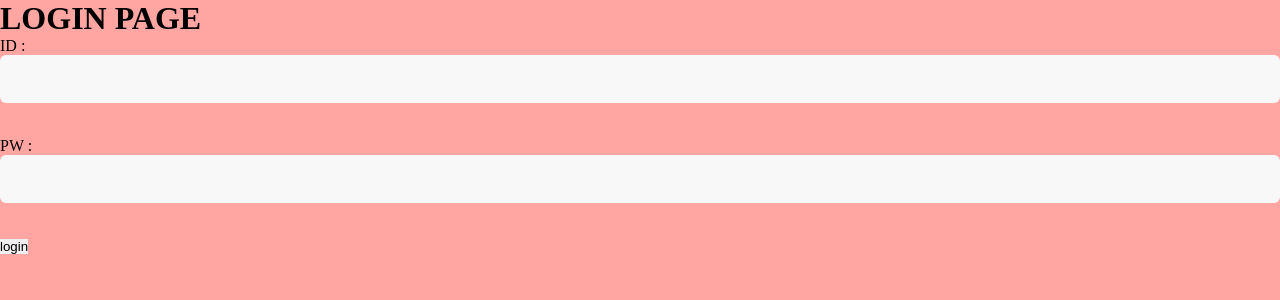
Repository: duatn3004/jsp_20230602
Page: http://localhost/jsp_project/mem/login
These files come from the project's save history. The page is drawn as it stood at one moment and after the next save; the edit follows.
The browser window is 1280 px wide. The pictures show the whole page.
The page is served by Tomcat 9. Other server files are loaded and not shown.

Above is the page before, as saved 2023-06-01 04:26:06.

### jsp_project2/jsp_project/src/main/webapp/member/login.jsp
<%@ page language="java" contentType="text/html; charset=UTF-8"
	pageEncoding="UTF-8"%>
<!DOCTYPE html>
<html>
<head>
<meta charset="UTF-8">
<title>Insert title here</title>
</head>
<style>
	body {
	background-color: #FFA6A2;
}
*{
    padding: 0;
    margin: 0;
    border: none;
}
.login-wrapper{
    width: 400px;
    height: 350px;
    padding: 40px;
    box-sizing: border-box;
}

.login-wrapper > h2{
    font-size: 24px;
    color: #6A24FE;
    margin-bottom: 20px;
}
#login-form > input{
    width: 100%;
    height: 48px;
    padding: 0 10px;
    box-sizing: border-box;
    margin-bottom: 16px;
    border-radius: 6px;
    background-color: #F8F8F8;
}
#login-form > input::placeholder{
    color: #D2D2D2;
}
#login-form > input[type="submit"]{
    color: #fff;
    font-size: 16px;
    background-color: #6A24FE;
    margin-top: 20px;
}
</style>
<body>
<div>
	<h1>LOGIN PAGE</h1>
	<form action="/mem/login_auth" method="post" action="#" id="login-form">
		ID : <input type="text" name="id"><br>
		<br> PW : <input type="text" name="password"><br>
		<br>
		<button type="submit">login</button>
	</form>

</div>
</body>
</html>

### jsp_project2/jsp_project/src/main/java/controller/MemberController.java
package controller;

import java.io.IOException;
import java.util.ArrayList;
import java.util.List;

import javax.servlet.RequestDispatcher;
import javax.servlet.ServletException;
import javax.servlet.annotation.WebServlet;
import javax.servlet.http.HttpServlet;
import javax.servlet.http.HttpServletRequest;
import javax.servlet.http.HttpServletResponse;
import javax.servlet.http.HttpSession;

import org.slf4j.Logger;
import org.slf4j.LoggerFactory;

import domain.MemberVO;
import service.MemberService;
import service.MemberServiceImpl;

@WebServlet("/mem/*")
public class MemberController extends HttpServlet {
	private static final long serialVersionUID = 1L;
	// log설정
//	private static final Logger log = LoggerFactory.getLogger(클래스명);
	private static final Logger log = LoggerFactory.getLogger(MemberController.class);
	private RequestDispatcher rdp;
	private MemberService msv;
	private int isOk;
	private String destPage;

	public MemberController() {
		msv = new MemberServiceImpl();
	}

	protected void service(HttpServletRequest request, HttpServletResponse response)
			throws ServletException, IOException {
		// characterEncoding 설정 / contentType / uri
		request.setCharacterEncoding("utf-8");
		response.setCharacterEncoding("utf-8");
		response.setContentType("text/html; charset-utf-8");

		String uri = request.getRequestURI();
		log.info(">>> uri : " + uri);
		// /mem/join : 요청에 대한 path만 남기기
		String path = uri.substring(uri.lastIndexOf("/") + 1);
		log.info(">>> path : " + path);

		switch (path) {
		case "join":
			destPage = "/member/join.jsp";
			break;
		case "register":
			// jsp에서 가져온 파라미터 저장
			String id = request.getParameter("id");
			String password = request.getParameter("password");
			String email = request.getParameter("email");
			int age = Integer.parseInt(request.getParameter("age"));

			// 파라미터로 mvo 객체 생성
			MemberVO mvo = new MemberVO(id, password, email, age);
			isOk = msv.register(mvo);
			log.info(">>> JOIN >" + (isOk > 0 ? "성공" : "실패"));
			destPage = "/";
			break;

		case "login":
			log.info(">>> login page 이동 ");
			destPage = "/member/login.jsp";
			break;

		case "login_auth":
			try {
				String id2 = request.getParameter("id");
				String password2 = request.getParameter("password");

				MemberVO mvo2 = new MemberVO(id2, password2);
				log.info(">>> login 요청!");
				MemberVO loginMvo = msv.login(mvo2);
				// 같은 정보가 있으면 객체에 저장
				// 객체를 세션에 저장해서 로그인 상태 유지

				if (loginMvo != null) {
					// 세션 가져오기, 연결된 세션이 없다면 생성.
					HttpSession ses = request.getSession();
					ses.setAttribute("ses", loginMvo);
					// 로그인 유지 시간, (10*60) = 10분 유지하겠다.
					ses.setMaxInactiveInterval(10 * 60);
				} else {
					request.setAttribute("msg_login", 0);
				}
				destPage = "/index.jsp";

			} catch (Exception e) {
				e.printStackTrace();
			}
			break;

		case "logout":
			try {
				HttpSession ses = request.getSession();
				MemberVO mvo2 = (MemberVO) ses.getAttribute("ses");
				String id2 = mvo2.getId();
				log.info(">>> login id : " + id2);

				// 로그인정보(id)를 주고 마지막 로그인 시간 기록(update)
				isOk = msv.lastLogin(id2);
				log.info(">>> logout>" + (isOk > 0 ? "성공" : "실패"));
				//세션값을 없애버린다.
				ses.invalidate();

			} catch (Exception e) {
				e.printStackTrace();
			}
			destPage = "/";
			break;

		case "modify":
			log.info(">>> modify page 접근");
			destPage="/member/modify.jsp";
			break;

		case "edit":
			try {
				MemberVO mvo3 = new MemberVO(
						request.getParameter("id"),
						request.getParameter("password"),
						request.getParameter("email"),
						Integer.parseInt(request.getParameter("age")),
						request.getParameter("reg_date"),
						request.getParameter("last_login"));
				log.info(">>>>"+mvo3);
				isOk = msv.modify(mvo3);
				log.info(">>> modify>"+(isOk > 0 ? "성공":"실패"));
				log.info(">>>modify완료, session 변경시작");
				if(isOk > 0) {
					//case 1 session 객체에 값을 담기
//					HttpSession ses = request.getSession();
//					ses.setAttribute("ses", mvo3);

					//case 2 login_auth case로 mvo3 객체 보내기
					request.setAttribute("mvo", mvo3);
				}
				destPage="login_auth";
//				destPage="/";
			} catch (Exception e) {
				// TODO: handle exception
				e.printStackTrace();
			}
			break;

		case "delete":
			HttpSession ses2 = request.getSession();
			MemberVO mvo4 = (MemberVO) ses2.getAttribute("ses");
			String id4 = mvo4.getId();
//			String id4 = request.getParameter("id");
//			System.out.println(id4);
			isOk = msv.delete(id4);
			log.info(">>> delete>"+(isOk > 0 ? "성공":"실패"));
			ses2.invalidate(); //세션 로그아웃

			destPage="/";
			break;

		case "list":
			try {
				List<MemberVO> list = new ArrayList<MemberVO>();

				list = msv.list();
				log.info(">>>> listSize"+list.size());
				request.setAttribute("list", list);
				System.out.println(">>> 리스트 성공");
				destPage="/member/list.jsp";
			} catch (Exception e) {
				// TODO: handle exception
				e.printStackTrace();
			}
			break;

		}

		rdp = request.getRequestDispatcher(destPage);
		rdp.forward(request, response);
	}

	protected void doGet(HttpServletRequest request, HttpServletResponse response)
			throws ServletException, IOException {
		// TODO Auto-generated method stub
		service(request, response);
	}

	protected void doPost(HttpServletRequest request, HttpServletResponse response)
			throws ServletException, IOException {
		// TODO Auto-generated method stub
		service(request, response);
	}

}

### jsp_project2/jsp_project/src/main/java/service/MemberServiceImpl.java
package service;

import java.util.List;

import org.slf4j.Logger;
import org.slf4j.LoggerFactory;

import controller.MemberController;
import domain.MemberVO;
import repository.MemberDAO;
import repository.MemberDAOImpl;


public class MemberServiceImpl implements MemberService {
	private static final Logger log = LoggerFactory.getLogger(MemberService.class);
	private MemberDAO mdao;

	public MemberServiceImpl() {
		mdao = new MemberDAOImpl();
	}

	@Override
	public int register(MemberVO mvo) {
		log.info("register service 진입~!!");
		return mdao.insert(mvo);
	}

	@Override
	public MemberVO login(MemberVO mvo2) {
	log.info(">>> login service 진입!");
	return mdao.selectOne(mvo2);
	}

	@Override
	public int lastLogin(String id2) {
		log.info(">>> logout service 진입!");
		return mdao.lastLogin(id2);
	}

	@Override
	public int modify(MemberVO mvo3) {
		log.info(">>> modify service 진입!");
		return mdao.update(mvo3);
	}

	@Override
	public int delete(String id4) {
		log.info(">>> delete service 진입!");
		return mdao.delete(id4);
	}

	@Override
	public List<MemberVO> list() {
		log.info(">>> list service 진입!");
		return mdao.list();
	}


}

### jsp_project2/jsp_project/src/main/java/repository/MemberDAO.java
package repository;

import java.util.List;

import domain.MemberVO;

public interface MemberDAO {

	int insert(MemberVO mvo);

	MemberVO selectOne(MemberVO mvo2);

	int lastLogin(String id2);

	int update(MemberVO mvo3);

	int delete(String id4);

	List<MemberVO> list();

}

### jsp_project2/jsp_project/src/main/java/repository/MemberDAOImpl.java
	package repository;

import java.util.ArrayList;
import java.util.List;

import org.apache.ibatis.session.SqlSession;
import org.slf4j.Logger;
import org.slf4j.LoggerFactory;

import domain.MemberVO;
import orm.DatabaseBuilder;

public class MemberDAOImpl implements MemberDAO {
	private static final Logger log = LoggerFactory.getLogger(MemberDAOImpl.class);
	private SqlSession sql;
	//NameSpace = SQL이 mapper를 구분하기 위한 이름
	//Namespace.SQL구문이름
	private String NS = "MemberMapper.";

	public MemberDAOImpl() {
		new DatabaseBuilder();
		sql = DatabaseBuilder.getFactory().openSession();
	}

	@Override
	public int insert(MemberVO mvo) {
		//sql.insert(MemberMapper.reg, 객체);
		//transaction 처리가 자동 이루어짐
		int isOk = sql.insert(NS+"reg", mvo);
		if(isOk > 0) {
			sql.commit();
		}
		return isOk;
	}

	@Override
	public MemberVO selectOne(MemberVO mvo2) {
	log.info(">>> login DAO진입!");
	return sql.selectOne(NS+"login", mvo2);
	}

	@Override
	public int lastLogin(String id2) {
		log.info(">>> logout DAO진입!");
		int isOk = sql.insert(NS+"logout", id2);
		if(isOk>0) {
			sql.commit();
		}
		return isOk;
	}

	@Override
	public int update(MemberVO mvo3) {
		log.info(">>> modify DAO진입!");
		int isOk = sql.update(NS+"modify", mvo3);
		if(isOk>0) {
			sql.commit();
		}
		return isOk;
	}

	@Override
	public int delete(String id4) {
		log.info(">>> delete DAO진입!");
		int isOk = sql.delete(NS+"delete", id4);
		if(isOk>0) {
			sql.commit();
		}
		return isOk;
	}

	@Override
	public List<MemberVO> list() {
		log.info(">>> list DAO진입!");
		List<MemberVO> list = new ArrayList<MemberVO>();
		list = sql.selectList(NS+"list");
		return list;
	}

}

### jsp_project2/jsp_project/src/main/java/orm/DatabaseBuilder.java
package orm;

import java.io.IOException;

import org.apache.ibatis.io.Resources;
import org.apache.ibatis.session.SqlSessionFactory;
import org.apache.ibatis.session.SqlSessionFactoryBuilder;
import org.slf4j.Logger;
import org.slf4j.LoggerFactory;

public class DatabaseBuilder {
	private static Logger log = LoggerFactory.getLogger(DatabaseBuilder.class);
	private static SqlSessionFactory factory;
	private static final String config = "orm/MybatisConfig.xml";

	static{
		try {
			factory = new SqlSessionFactoryBuilder().build(Resources.getResourceAsReader(config));
		} catch (IOException e) {
			// TODO: handle exception
			log.info("Mybatis 설정 오류");
			e.printStackTrace();
		}
	}
	public static SqlSessionFactory getFactory() {
		return factory;
	}
}

### jsp_project2/jsp_project/src/main/java/domain/MemberVO.java
package domain;

public class MemberVO {
//	create table member(
//			id varchar(100),
//			password varchar(100),
//			email varchar(100),
//			age int,
//			reg_date datetime default now(),
//			last_login datetime default null,
//			primary key(id));
	private String id;
	private String password;
	private String email;
	private int age;
	private String reg_date;
	private String last_login;

	public MemberVO() {}

	//login : id,password
	public MemberVO(String id, String password) {
		this.id = id;
		this.password = password;
	}

	//join : id,password, email, age
	public MemberVO(String id, String password, String email, int age) {
		this.id = id;
		this.password = password;
		this.email = email;
		this.age = age;
	}

	//list : id, email, age, reg_date, last_login
	public MemberVO(String id, String password, String email, int age, String reg_date, String last_login) {
		this.id = id;
		this.password = password;
		this.email = email;
		this.age = age;
		this.reg_date = reg_date;
		this.last_login = last_login;
	}

	//modify : password,email,age
	public MemberVO(String password, String email, int age) {
		this.password = password;
		this.email = email;
		this.age = age;
	}

	public String getId() {
		return id;
	}

	public void setId(String id) {
		this.id = id;
	}

	public String getPassword() {
		return password;
	}

	public void setPassword(String password) {
		this.password = password;
	}

	public String getEmail() {
		return email;
	}

	public void setEmail(String email) {
		this.email = email;
	}

	public int getAge() {
		return age;
	}

	public void setAge(int age) {
		this.age = age;
	}

	public String getReg_date() {
		return reg_date;
	}

	public void setReg_date(String reg_date) {
		this.reg_date = reg_date;
	}

	public String getLast_login() {
		return last_login;
	}

	public void setLast_login(String last_login) {
		this.last_login = last_login;
	}

	@Override
	public String toString() {
		return "MemberVO [id=" + id + ", password=" + password + ", email=" + email + ", age=" + age + ", reg_date="
				+ reg_date + ", last_login=" + last_login + "]";
	}




}

### jsp_project2/jsp_project/src/main/java/domain/BoardVO.java
package domain;

public class BoardVO {
	/*
	 * create table board(
	 * bno int not null auto_increment,
	 * title varchar(100) not null,
	 * writer varchar(100) not null,
	 *  content text,
	 *  reg_date datetime default now(),
	 *  primary key(bno) );
	 */

	private int bno;
	private String title;
	private String writer;
	private String content;
	private String reg_date;
	private int cnt;
	private String image_file;

	public BoardVO() {}

	//register(title,writer,content)
	public BoardVO(String title, String writer, String content) {

		this.title = title;
		this.writer = writer;
		this.content = content;
	}

	//list(bno,title,writer,reg_date)
	public BoardVO(int bno, String title, String writer, String reg_date) {

		this.bno = bno;
		this.title = title;
		this.writer = writer;
		this.reg_date = reg_date;
	}


	//list2
	public BoardVO(int bno, String title, String writer, String reg_date, int cnt) {

		this.bno = bno;
		this.title = title;
		this.writer = writer;
		this.reg_date = reg_date;
		this.cnt = cnt;
	}

	//detail(all)
	public BoardVO(int bno, String title, String writer, String content, String reg_date, String image_file) {

		this.bno = bno;
		this.title = title;
		this.writer = writer;
		this.content = content;
		this.reg_date = reg_date;
		this.image_file = image_file;
	}

	//update(bno,title,content)
	public BoardVO(int bno, String title, String content) {

		this.bno = bno;
		this.title = title;
		this.content = content;
	}


	//getter/setter
	public int getBno() {
		return bno;
	}

	public void setBno(int bno) {
		this.bno = bno;
	}

	public String getTitle() {
		return title;
	}

	public void setTitle(String title) {
		this.title = title;
	}

	public String getWriter() {
		return writer;
	}

	public void setWriter(String writer) {
		this.writer = writer;
	}

	public String getContent() {
		return content;
	}

	public void setContent(String content) {
		this.content = content;
	}

	public String getReg_date() {
		return reg_date;
	}

	public void setReg_date(String reg_date) {
		this.reg_date = reg_date;
	}

	public int getCnt() {
		return cnt;
	}

	public void setCnt(int cnt) {
		this.cnt = cnt;
	}


	public String getImage_file() {
		return image_file;
	}

	public void setImage_file(String image_file) {
		this.image_file = image_file;
	}

	//tostring
	@Override
	public String toString() {
		return "BoardVO [bno=" + bno + ", title=" + title + ", writer=" + writer + ", content=" + content
				+ ", reg_date=" + reg_date + ", cnt=" + cnt + ", image_file=" + image_file + "]";
	}







}

### jsp_project2/jsp_project/src/main/java/domain/CommentVO.java
package domain;

public class CommentVO {
//	cno int not null auto_increment,
//	bno int default 0,
//	writer varchar(100) default “unknown”,
//	content varchar(1000) not null,
//	reg_date datetime default now(),

	private int cno;
	private int bno;
	private String writer;
	private String content;
	private String reg_date;

	public CommentVO() {}

	//post(bno, writer, content)
	public CommentVO(int bno, String writer, String content) {
		super();
		this.bno = bno;
		this.writer = writer;
		this.content = content;
	}

	//(writer,content,cno)
	public CommentVO(String writer, String content,int cno) {
		super();
		this.writer = writer;
		this.content = content;
		this.cno = cno;
	}


	//modify(cno, content)
	public CommentVO(int cno, String content) {
		super();
		this.cno = cno;
		this.content = content;
	}


	//list(bno,cno,writer,content,reg_date)
	public CommentVO(int cno, int bno, String writer, String content, String reg_date) {
		super();
		this.cno = cno;
		this.bno = bno;
		this.writer = writer;
		this.content = content;
		this.reg_date = reg_date;
	}




	public int getCno() {
		return cno;
	}

	public void setCno(int cno) {
		this.cno = cno;
	}

	public int getBno() {
		return bno;
	}

	public void setBno(int bno) {
		this.bno = bno;
	}

	public String getWriter() {
		return writer;
	}

	public void setWriter(String writer) {
		this.writer = writer;
	}

	public String getContent() {
		return content;
	}

	public void setContent(String content) {
		this.content = content;
	}

	public String getReg_date() {
		return reg_date;
	}

	public void setReg_date(String reg_date) {
		this.reg_date = reg_date;
	}

	@Override
	public String toString() {
		return "CommentVO [cno=" + cno + ", bno=" + bno + ", writer=" + writer + ", content=" + content + ", reg_date="
				+ reg_date + "]";
	}





}

### jsp_project2/jsp_project/src/main/java/domain/PagingVO.java
package domain;

public class PagingVO {
	private int pageNo; //현재 화면에 출력되는 페이지네이션 번호
	private int qty; //한 페이지에 보여줄 게시글 수 => 10개

	//검색 관련 멤버변수
	private String type;
	private String keyword;

	public PagingVO() { //페이지네이션을 클릭하기전 기본 값으로 지정
		this(1,10);
	}

	public PagingVO(int pageNo, int qty) {
		this.pageNo = pageNo;
		this.qty = qty;
	}

	public int getPageStart() {
		return (this.pageNo-1)*10; //시작 limit 번지 구하기
	}

	//타입을 배열처리
	public String[] getTypeToArray() {
		return this.type == null ? new String[] {} : this.type.split("");
	}

	public int getPageNo() {
		return pageNo;
	}

	public void setPageNo(int pageNo) {
		this.pageNo = pageNo;
	}

	public int getQty() {
		return qty;
	}

	public void setQty(int qty) {
		this.qty = qty;
	}

	public String getType() {
		return type;
	}

	public void setType(String type) {
		this.type = type;
	}

	public String getKeyword() {
		return keyword;
	}

	public void setKeyword(String keyword) {
		this.keyword = keyword;
	}

	@Override
	public String toString() {
		return "PagingVO [pageNo=" + pageNo + ", qty=" + qty + ", type=" + type + ", keyword=" + keyword + "]";
	}


}

After the next save:
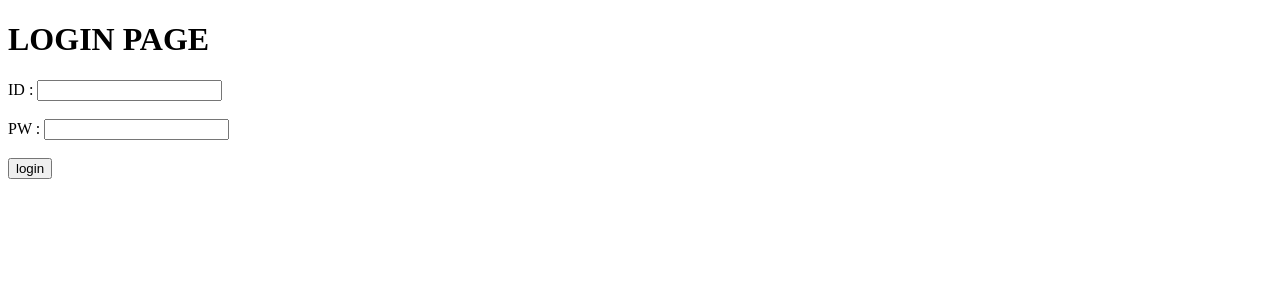
Saved 93 s later.
--- a/jsp_project2/jsp_project/src/main/webapp/member/login.jsp
+++ b/jsp_project2/jsp_project/src/main/webapp/member/login.jsp
@@ -6,56 +6,14 @@
 <meta charset="UTF-8">
 <title>Insert title here</title>
 </head>
-<style>
-	body {
-	background-color: #FFA6A2;
-}
-*{
-    padding: 0;
-    margin: 0;
-    border: none;
-}
-.login-wrapper{
-    width: 400px;
-    height: 350px;
-    padding: 40px;
-    box-sizing: border-box;
-}
 
-.login-wrapper > h2{
-    font-size: 24px;
-    color: #6A24FE;
-    margin-bottom: 20px;
-}
-#login-form > input{
-    width: 100%;
-    height: 48px;
-    padding: 0 10px;
-    box-sizing: border-box;
-    margin-bottom: 16px;
-    border-radius: 6px;
-    background-color: #F8F8F8;
-}
-#login-form > input::placeholder{
-    color: #D2D2D2;
-}
-#login-form > input[type="submit"]{
-    color: #fff;
-    font-size: 16px;
-    background-color: #6A24FE;
-    margin-top: 20px;
-}
-</style>
 <body>
-<div>
 	<h1>LOGIN PAGE</h1>
-	<form action="/mem/login_auth" method="post" action="#" id="login-form">
+	<form action="/mem/login_auth" method="post">
 		ID : <input type="text" name="id"><br>
 		<br> PW : <input type="text" name="password"><br>
 		<br>
 		<button type="submit">login</button>
 	</form>
-
-</div>
 </body>
 </html>
